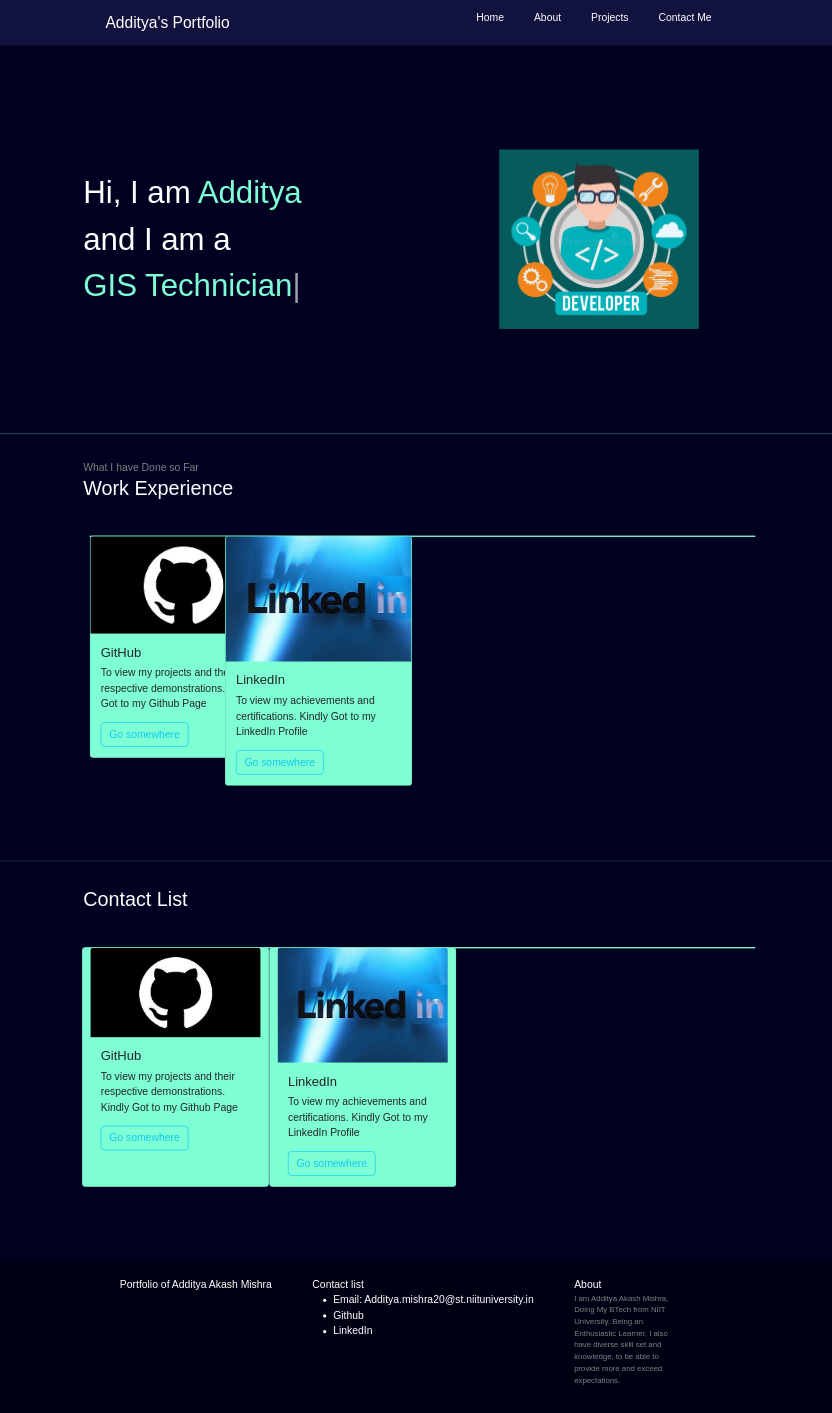
Repository: VictoriousMango/Portfolio
Page: index.html
The author's editor kept a copy of each file at every save. The page is drawn from the files as they stood at one save, then again after the next save.
The browser window is 1280 px wide. The pictures show the whole page, at 65% of full size.

Above is the page before, as saved 2024-04-02 22:54:40.

After the next save:
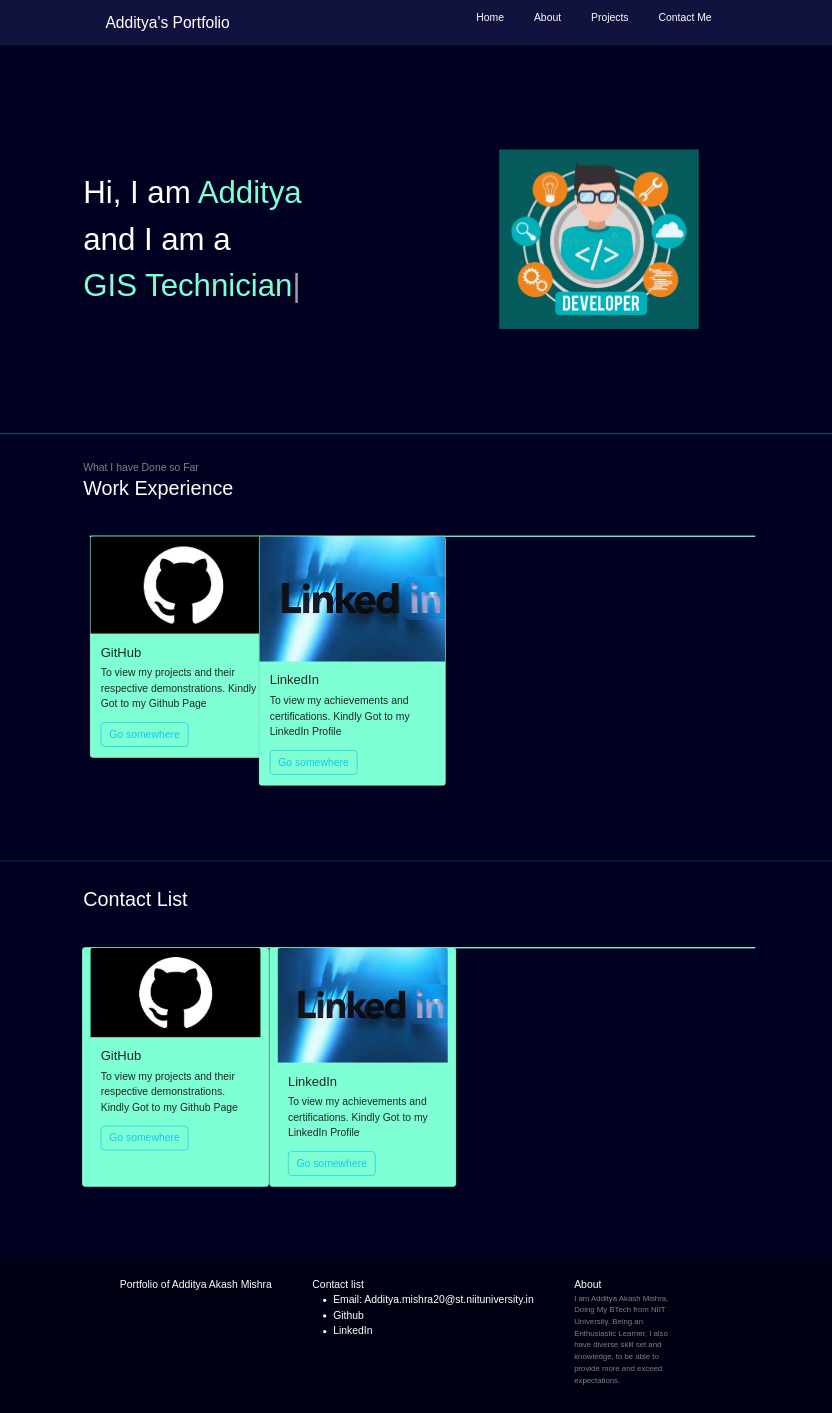
Saved 6 s later.
--- a/index.html
+++ b/index.html
@@ -199,7 +199,7 @@
             <!-- Project List -->
             <div class="box">
                 <div class="row">
-                    <div class="col-md-4">
+                    <div class="col-md-5">
                         <div class="card mb-4" style="width: 18rem; background-color:aquamarine;">
                             <img src="Github.jpeg" class="card-img-top" alt="...">
                             <div class="card-body">
